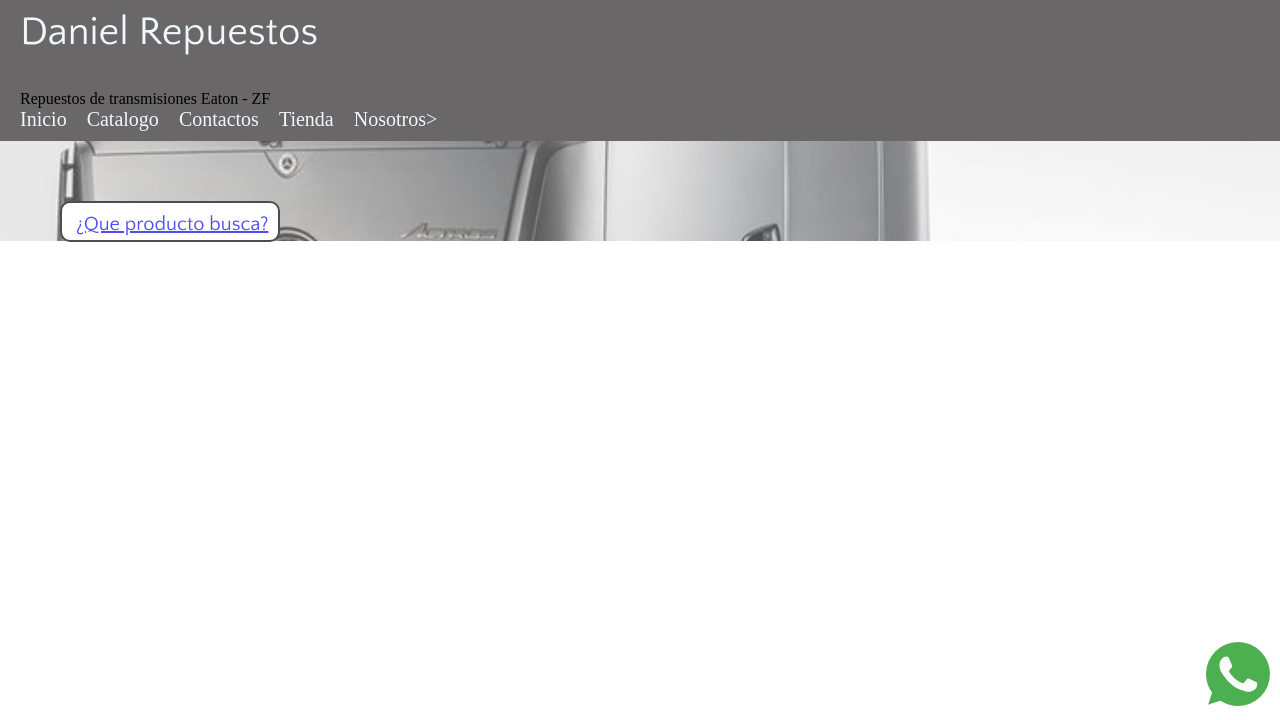
Repository: minesterani/proyecto-caja
Page: pages/nosotros.html
These files come from the project's save history. The page is drawn as it stood at one moment and after the next save; the edit follows.
The browser window is 1280 px wide. The pictures show the whole page.

Above is the page before, as saved 2024-10-02 09:02:11.

### pages/nosotros.html
<!DOCTYPE html>
<html lang="en">
<head>
    <meta charset="UTF-8">
    <meta name="viewport" content="width=device-width, initial-scale=1.0">
    <title>Document</title>
    <link rel="preconnect" href="https://fonts.googleapis.com">
<link rel="preconnect" href="https://fonts.gstatic.com" crossorigin>
<link href="https://fonts.googleapis.com/css2?family=Quattrocento+Sans:ital,wght@0,400;0,700;1,400;1,700&display=swap" rel="stylesheet">
    <link rel="stylesheet" href="../css/style.css">
</head>
<body>
   <header class="header-nosotros">
    <h1>Daniel Repuestos</h1>
    <p class="subtitulo">Repuestos de transmisiones Eaton - ZF</p>
    <nav>
        <ul class="navNos">
            <li><a href="../index.html">Inicio</a></li>
            <li><a href="./catalogo.html">Catalogo</a></li>
                <li><a href="./contactos.html">Contactos</a></li>
            <li><a href="./tienda.html">Tienda</a></li>
            <li><a href="#">Nosotros></a></li>
        </ul>
    </nav>

   </header>
   <main>
    <section class="section-nosotros">
        <div class="conteiner-nosotros">

        </div>
        <a href="#" class="boton">¿Que producto busca?</a>
    </section>

   </main>
   <footer>
    <a class="whatsapp-nosotros"href="https://wa.me/3416513963" target="_blank">
        <img src="../assets/img/whatsapp.png" alt="">
    </a>
   </footer>
</body>
</html>

### css/style.css
/* Estilo global */
* {
    margin: 0;
    padding: 0;
    box-sizing: border-box;
}

h1 {
    background-color: rgb(105, 103, 103);
    width: 100%;
    height: 80px;
    font-size: 40px;
    color: aliceblue;
    font-family: "Quattrocento Sans", sans-serif;
    font-weight: 400;
    font-style: normal;
}
header .header-tienda h1 {
    font-size: 36px;
    color: aliceblue;
    font-family: "Quattrocento Sans", sans-serif;
    font-weight: 400;
    margin: 0; /* Elimina márgenes para evitar espacios extra */
}

.header-tienda .subtitulo{
    font-size: 14px; /* Tamaño más pequeño */
    color: aliceblue;
    margin-top: 5px; /* Ajuste del margen para que esté cerca del h1 */
    padding: 0;
}


/* Header */
.header-index, .header-tienda, .header-catalogo, .header-contactos, .header-nosotros {
    display: flex;
    width: 100%;
    flex-direction: column;
    background-color: rgb(105, 103, 103);
    justify-content: center;
    align-items: flex-start;
    padding: 10px 20px;

}
.header-index nav {

   margin-top: 20px; /* Añadir espacio entre el título/párrafo y la barra de navegación */
    }

/* Navegación */
.navBar, .navtienda, .nav-catalogo, .nav-Contactos, .navNos {
    display: flex;
    list-style-type: none;
    gap: 20px;
}

.navBar li a, .navtienda li a, .nav-catalogo li a, .nav-Contactos li a, .navNos li a {
    text-decoration: none;
    color: aliceblue;
    font-size: 20px;
}

/* Sección Principal */
.section-principal {
    background-color: lightblue;
    width: 100%;
    height: 25rem;
    background-image: url("../assets/img/mercedes gris.jpeg");
    background-position: center;
    background-size: cover;
    background-repeat: no-repeat;
}

/* Botón */
.boton {
    background-color: white;
    font-size: 1.25rem;
    padding: 10px 10px 5px 14px;
    border-width: 2px;
    border-style: solid;
    border-color: black;
    border-radius: 10px;
    position: fixed;
    margin: 10px;
}
.grid {
    display: grid;
    grid-template-columns: repeat(8, 1fr); /* 8 columnas iguales */
    gap: 10px; /* Espacio entre las imágenes */
    width: 100%;
    padding: 0;
    margin: 0;
}

.grid img {
    width: 100%;
    height: 200px; /* Ajusta la altura según sea necesario */
    object-fit: cover; /* Las imágenes se ajustarán sin deformarse */
}

/* Sección de Contactos */
.section-contactos, .section-tienda, .section-catalogos, .section-nosotros {
    background-color: lightblue;
    width: 100%;
    height: 25rem;
    background-image: url("../assets/img/mercedes gris.jpeg");
    background-position: center;
    background-size: cover;
    background-repeat: no-repeat;
    opacity: 0.3;
}

.section-nosotros {
    position: relative;
    padding: 50px;
    background-image: url("../assets/img/mercedes\ gris.jpeg");
    background-size: cover;
    background-position: center;
    background-repeat: no-repeat;
    opacity: 0.7;
    color: white;
    font-family: "Quattrocento Sans", sans-serif;
    height: auto;
}

.container-nosotros {
    display: flex;
    justify-content: space-between;
    align-items: flex-start;
    max-width: 1200px;
    margin: 0 auto;
    overflow: hidden;
}

.texto-nosotros {
    width: 55%;
    padding: 20px;
    background-color: rgba(0, 0, 0, 0.5);
    border-radius: 10px;
    color: white;
    overflow: hidden;
}

.texto-nosotros h2 {
    margin-bottom: 20px;
    font-size: 2.5rem;
}

.texto-nosotros p {
    margin-bottom: 15px;
    font-size: 1.2rem;
    line-height: 1.6;
}

.imagenes-nosotros {
    width: 40%;
    display: flex;
    flex-direction: column;
    gap: 10px;
    align-items: flex-start;
}

.imagenes-nosotros img {
    width: 100%;
    height: auto;
    max-width: 300px;
    border-radius: 10px;
    object-fit: cover;
    overflow: hidden;

}
.section-tienda {
    background-color: lightblue;
    width: 100%; /* Ajusta el ancho según sea necesario */
    height: 50rem; /* Aumenta la altura del contenedor */
    padding: 20px;
    background-image: url("../assets/img/mercedes gris.jpeg");
    background-position: center;
    background-size: cover;
    background-repeat: no-repeat;
    opacity: 0.9;
}

.contenedor-tienda {
    display: flex;
    flex-wrap: wrap;
    justify-content: center;
    gap: 20px; /* Espacio entre las fotos */
    padding: 20px;
}

/* Sección Contactos */
.section-contactos {
    background-color: lightblue;
    width: 100%;
    padding: 50px 20px;
    background-image: url("../assets/img/mercedes gris.jpeg");
    background-position: center;
    background-size: cover;
    background-repeat: no-repeat;
    opacity: 0.9; /* Aumenta la opacidad para mejor visibilidad */
    color: black;
    height: auto; /* Altura automática según contenido */
}

.container-contactos {
    display: flex;
    justify-content: space-between;
    align-items: flex-start;
    max-width: 1200px; /* Ancho máximo del contenedor */
    margin: 0 auto; /* Centra el contenedor horizontalmente */
    gap: 20px; /* Espacio entre el mapa y los datos */
}

.mapa {
    flex: 1;
}

.mapa iframe {
    width: 100%;
    height: 400px; /* Ajusta la altura según lo necesites */
    border: none;
}

.datos-empresa {
    flex: 1;
    padding-left: 20px; /* Espacio a la izquierda de los datos */
    font-size: 1.25rem;
}

.datos-empresa h3 {
    margin-bottom: 15px;
    font-size: 2rem;
    font-weight: 700;
}

.datos-empresa p {
    margin-bottom: 15px;
    font-size: 1.5rem;
    line-height: 1.6;
}

/* Footer */
.footer-content {
    background-color: #f4f4f4;
    padding: 20px;
    margin-top: 0;
    clear: both;
}

.columns {
    display: flex;
    justify-content: space-between;
    align-items: flex-start;
    margin-bottom: 0;
    padding: 20px 0;
}

.left-column, .right-column {
    width: 48%;
}

.left-column iframe {
    width: 100%;
    height: 300px;
    border: 0;
}

.right-column {
    padding-left: 20px;
    text-align: center;
    padding-top: 20px;
}

.right-column h3, .right-column p {
    margin: 10px 0;
}

.footer-bottom {
    text-align: center;
    padding: 10px 0;
    border-top: 1px solid #ccc;
}

.footer-bottom p {
    margin: 5px 0;
}

/* Estilos específicos para WhatsApp */
.whatsapp, .whatsapp-contactos, .whatsapp-tienda, .whatsapp-nosotros, .whatsapp-catalogo {
    position: fixed;
    bottom: 10px;
    right: 10px;
}

/* Media Queries */
@media(max-width: 1024px) {
    .header-index, .header-tienda {
        justify-content: space-around;
    }
}

@media(max-width: 768px) {
    h1 {
        background-color: rgba(197, 193, 193, 0.555);
        height: 80px;
        font-size: 40px;
        padding: 10px;
    }

    .header-index, .header-tienda, .header-catalogo, .header-contactos, .header-nosotros {
        flex-direction: column;
        background-color: gray;
        font-size: 30px;
        padding: 10px;
        align-items: center;
        justify-content: center;
        gap: 30px;
    }

    .navBar, .navtienda, .nav-catalogo, .nav-Contactos, .navNos {
        padding-bottom: .875rem;
    }

    .navBar li a, .navtienda li a, .nav-catalogo li a, .nav-Contactos li a, .navNos li a {
        font-size: 1.5rem;
    }

    .section-principal, .section-tienda, .section-catalogos, .section-contactos, .section-nosotros {
        background-image: url("../assets/img/caja 2.jpg");
        background-size: 100% 100%;
    }

    .container-nosotros {
        flex-direction: column;
        align-items: center;
    }

    .imagenes-nosotros {
        width: 100%;
        display: flex;
        justify-content: center;
        flex-direction: column;
        gap: 15px;
    }

    .imagenes-nosotros img {
        max-height: 300px;
    }

    .texto-nosotros {
        width: 100%;
        text-align: center;
    }
    .mapa, .datos-empresa {
        width: 100%;
        padding: 0;
    }

    .datos-empresa {
        padding-left: 0;
        margin-top: 20px;
        text-align: center;
        font-size: 1.2rem; /* Mantiene el tamaño de fuente aumentado */
    }

}

@media(max-width: 425px) {
    .navBar, .navtienda, .nav-catalogo, .nav-Contactos, .navNos {
        flex-direction: column;
    }

    .grid {
        grid-template-columns: 1fr;
        grid-auto-rows: 200px;
        grid-template-areas:
            "img1"
            "img2"
            "img3"
            "img4"
            "img5"
            "img6"
            "img7"
            "img8";
    }

    .grid img {
        width: 100%;
        height: auto;
        object-fit: cover;
    }

    .columns {
        flex-direction: column;
        align-items: center;
    }

    .left-column, .right-column {
        width: 100%;
        padding: 0;
    }

    .right-column {
        padding-top: 20px;
    }
}

After the next save:
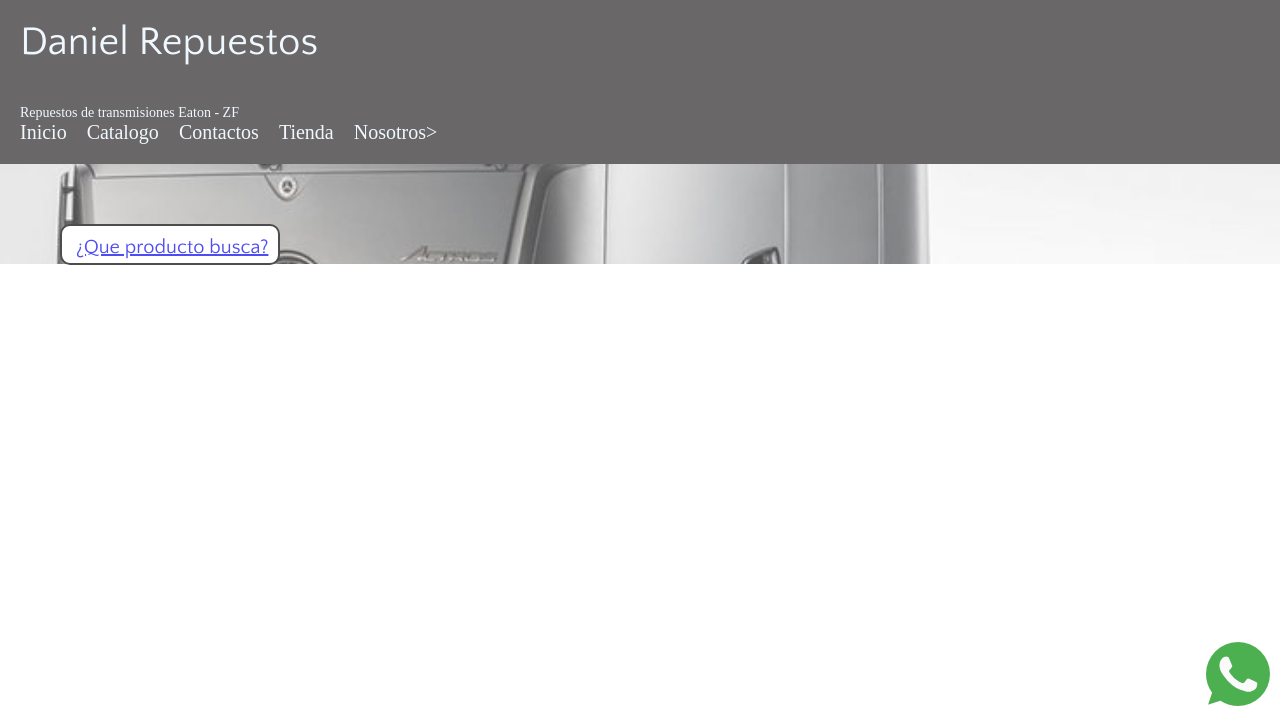
Saved 17 min 24 s later.
--- a/css/style.css
+++ b/css/style.css
@@ -14,6 +14,12 @@
     font-family: "Quattrocento Sans", sans-serif;
     font-weight: 400;
     font-style: normal;
+    margin-bottom: 5px;
+}
+.subtitulo{
+    font-size: 14px;
+    color: aliceblue;
+    margin: 0;
 }
 header .header-tienda h1 {
     font-size: 36px;
@@ -37,9 +43,10 @@
     width: 100%;
     flex-direction: column;
     background-color: rgb(105, 103, 103);
-    justify-content: center;
+    justify-content: space-between;
     align-items: flex-start;
-    padding: 10px 20px;
+    padding: 20px;
+
 
 }
 .header-index nav {
